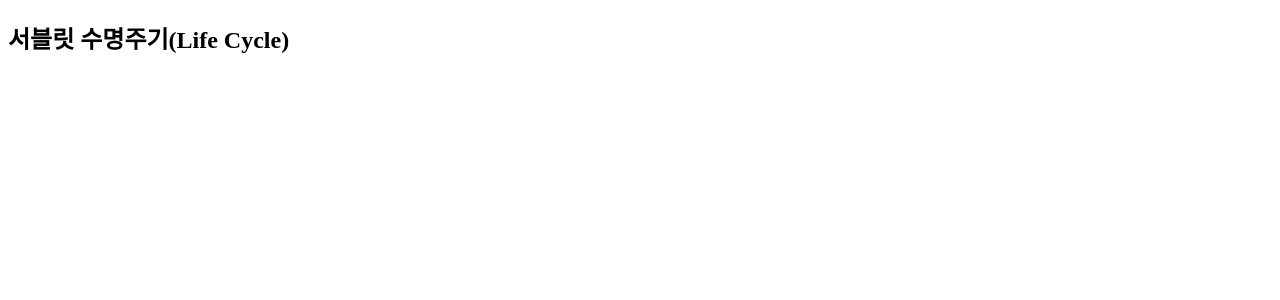
Repository: parkblacksheep/JSP-Servlet
Page: http://localhost/ServletTest/servlet/lifeCycle.jsp
An editor plug-in stored every save of this project. The page is shown before and after the next save, followed by the edit.
The browser window is 1280 px wide. The pictures show the whole page.
The page is served by Tomcat 10. Other server files are loaded and not shown.

Above is the page before, as saved 2024-07-23 03:35:30.

### ServletTest/src/main/webapp/servlet/lifeCycle.jsp
<%@ page language="java" contentType="text/html; charset=UTF-8"
    pageEncoding="UTF-8"%>
<!DOCTYPE html>

<html>
	<head>
		<meta charset="UTF-8">
		<title>Insert title here</title>
	</head>

	<body>
		<h2>서블릿 수명주기(Life Cycle)</h2>
	</body>
</html>

After the next save:
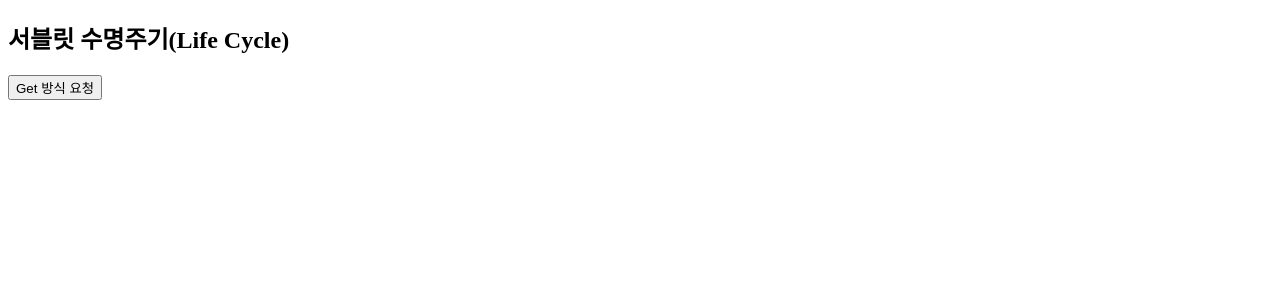
Saved 3 min 52 s later.
--- a/ServletTest/src/main/webapp/servlet/lifeCycle.jsp
+++ b/ServletTest/src/main/webapp/servlet/lifeCycle.jsp
@@ -10,5 +10,8 @@
 
 	<body>
 		<h2>서블릿 수명주기(Life Cycle)</h2>
+		<form action="./lifeCycle.do">
+			<input type="button" value="Get 방식 요청" onclick="requestAction(this.form,1)">
+		</form>
 	</body>
 </html>
